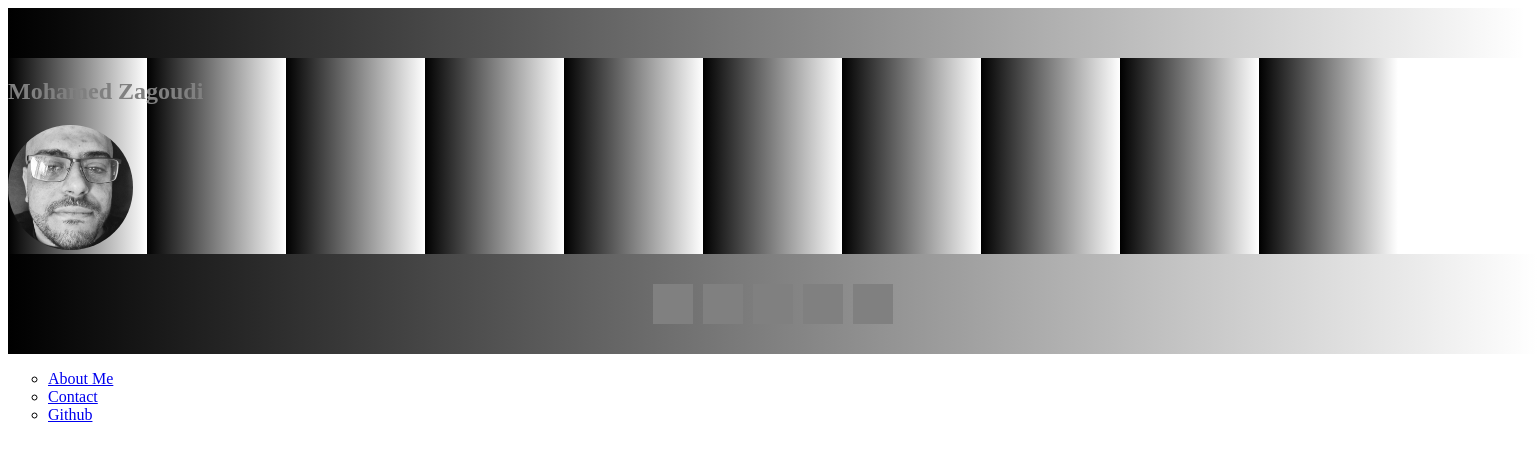
Repository: Mohzagou/Eersteportofolio
Page: index.html
An editor plug-in stored every save of this project. The page is shown before and after the next save, followed by the edit.
The browser window is 1280 px wide. The page is 1537 px wide, so the pictures cover 1537 px, including what lies to the right of the window. The pictures show the whole page.

Above is the page before, as saved 2022-06-07 22:47:08.

### index.html
<!DOCTYPE html>


<head>
    <link rel="stylesheet" href="styles.css" />
    <meta charset="UTF-8">

    <title>Document</title>
</head>

<body>

    <header></header>
    <div class="about-me">
        <h2 id="name">Mohamed Zagoudi</h2>
        <img class="avatar" src="images/67gwzvy.jpeg" alt="Mohamed Zagoudi headshot">


        <section>
            <div class="test"></div>
            <div class="test"></div>
            <div class="test"></div>
            <div class="test"></div>
            <div class="test"></div>
        </section>
        <footer>
            <ul style="list-style-type: circle ">
                <li><a href=" ">About Me</a></li>
                <li><a href=" ">Contact</a></li>
                <li><a href="https://github.com/Mohzagou ">Github</a></li>

            </ul>

        </footer>



</body>



</html>

### styles.css
body {
    display: flex;
    flex-direction: column;
}

header {
    width: 120%;
    height: 50px;
    background-image: linear-gradient(to right, black, grey, white);
    /*background-color: rgb(113, 74, 145);*/
}

section {
    width: 110%;
    height: 100px;
    background-image: linear-gradient(to right, black, grey, white);
    background-color: #234def;
    display: flex;
    align-items: center;
    justify-content: center;
}

.about-me {
    width: 110%;
    height: 200px;
    background-image: repeating-linear-gradient(to right, black, grey, white 10%);
    /*background-color: rgb(177, 69, 21, 0.8);*/
    /*margin: 10px 0 10px 0;
    border: solid black 10px;
    border-radius: 15px;*/
}

.avatar {
    width: 125px;
    border-radius: 62px;
}

#name {
    color: grey;
}

.test {
    width: 40px;
    height: 40px;
    background-color: grey;
    margin: 5px;
}

After the next save:
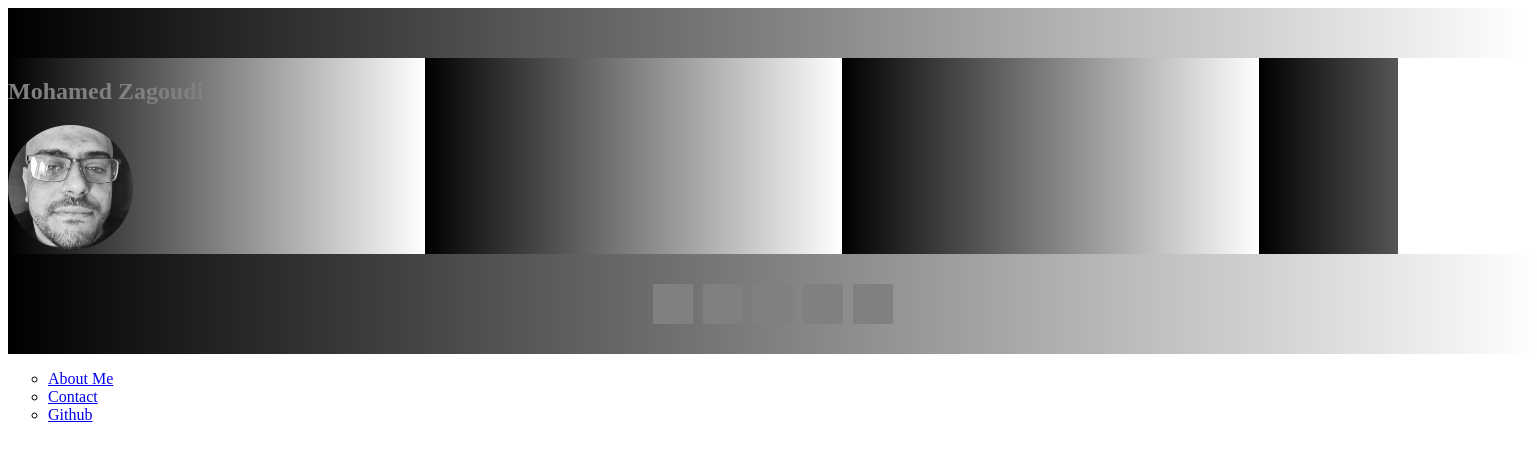
Saved 8 s later.
--- a/styles.css
+++ b/styles.css
@@ -23,7 +23,7 @@ section {
 .about-me {
     width: 110%;
     height: 200px;
-    background-image: repeating-linear-gradient(to right, black, grey, white 10%);
+    background-image: repeating-linear-gradient(to right, black, grey, white 30%);
     /*background-color: rgb(177, 69, 21, 0.8);*/
     /*margin: 10px 0 10px 0;
     border: solid black 10px;
